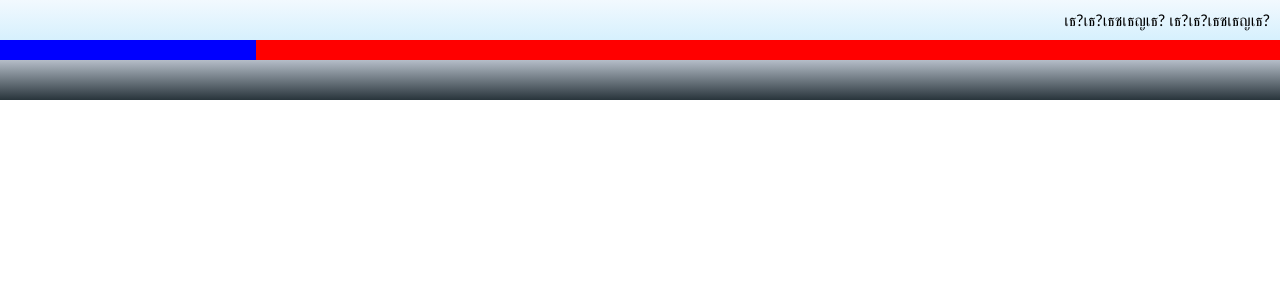
Repository: pleanoma/TooDoo
Page: http://localhost/TooDoo/Home.jsp
An editor plug-in stored every save of this project. The page is shown before and after the next save, followed by the edit.
The browser window is 1280 px wide. The pictures show the whole page.
The page is served by Tomcat 9. Other server files are loaded and not shown.

Above is the page before, as saved 2013-11-27 08:16:36.

### TooDoo/WebContent/Home.jsp
<%@ page contentType="text/html; charset=TIS620" pageEncoding="TIS620" %>

<!DOCTYPE html PUBLIC "-//W3C//DTD HTML 4.01 Transitional//EN" "http://www.w3.org/TR/html4/loose.dtd">
<html>
<head>
<meta http-equiv="Content-Type" content="text/html; charset=tis-620">
<title>Insert title here</title>
<link rel="stylesheet" href="./css/style.css" type="text/css">
</head>
<body>
	<div id="header">
		<div class="userdetail">
			<label for="UserDetail">ทดสอบ ทดสอบ</label>
		</div>
	</div>
	<div class="clr">
	</div>
	<div id="content">
		<div class="article">
			<div class="box-txt">

			</div>
		</div>
		<div class="sidebar">
			<div class="box-txt">

			</div>
		</div>
	</div>
	<div class="clr">
	</div>
	<div id="footer">
		<div class="box-txt">

		</div>
	</div>
</body>
</html>

### TooDoo/WebContent/css/style.css
html, body {
	margin: 0 auto;
	width: 100%;
	font-family: "Trebuchet MS", Helvetica, sans-serif;
	font-weight: 400;
}
#main {
	margin: 0 auto;
	padding: 0;
}
#header {
	width: 100%;
	height: 40px;
	min-height: 40px;
	background: green;
	background: #f2f9fe; /* Old browsers */
	background: -moz-linear-gradient(top, #f2f9fe 0%, #d6f0fd 100%); /* FF3.6+ */
	background: -webkit-gradient(linear, left top, left bottom, color-stop(0%,#f2f9fe), color-stop(100%,#d6f0fd)); /* Chrome,Safari4+ */
	background: -webkit-linear-gradient(top, #f2f9fe 0%,#d6f0fd 100%); /* Chrome10+,Safari5.1+ */
	background: -o-linear-gradient(top, #f2f9fe 0%,#d6f0fd 100%); /* Opera 11.10+ */
	background: -ms-linear-gradient(top, #f2f9fe 0%,#d6f0fd 100%); /* IE10+ */
	background: linear-gradient(to bottom, #f2f9fe 0%,#d6f0fd 100%); /* W3C */
	filter: progid:DXImageTransform.Microsoft.gradient( startColorstr='#f2f9fe', endColorstr='#d6f0fd',GradientType=0 ); /* IE6-9 */
}

#header .userdetail {
	float: right;
	padding: 10px;
}
#content .article {
	float: right;
	width: 80%;
	height: 100%;
	background: red;
}
#content .sidebar {
	float: left;
	width: 20%;
	height: 100%;
	background: blue;
}
#footer {
	display: block;
	width: 100%;
	height: 40px;
	min-height: 40px;
	background: yellow;
	background: #b5bdc8; /* Old browsers */
background: -moz-linear-gradient(top, #b5bdc8 0%, #828c95 36%, #28343b 100%); /* FF3.6+ */
background: -webkit-gradient(linear, left top, left bottom, color-stop(0%,#b5bdc8), color-stop(36%,#828c95), color-stop(100%,#28343b)); /* Chrome,Safari4+ */
background: -webkit-linear-gradient(top, #b5bdc8 0%,#828c95 36%,#28343b 100%); /* Chrome10+,Safari5.1+ */
background: -o-linear-gradient(top, #b5bdc8 0%,#828c95 36%,#28343b 100%); /* Opera 11.10+ */
background: -ms-linear-gradient(top, #b5bdc8 0%,#828c95 36%,#28343b 100%); /* IE10+ */
background: linear-gradient(to bottom, #b5bdc8 0%,#828c95 36%,#28343b 100%); /* W3C */
filter: progid:DXImageTransform.Microsoft.gradient( startColorstr='#b5bdc8', endColorstr='#28343b',GradientType=0 ); /* IE6-9 */
}
.box-txt {
	padding: 10px;
}
.clr {
	clear: both;
}

After the next save:
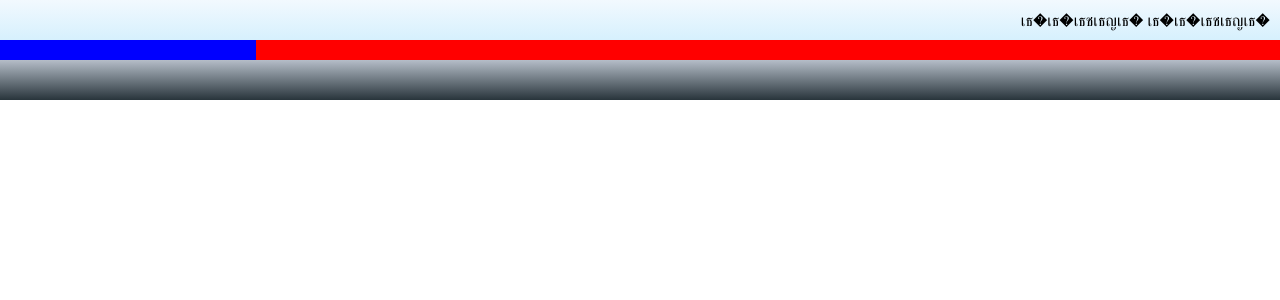
Saved 48 s later.
--- a/TooDoo/WebContent/Home.jsp
+++ b/TooDoo/WebContent/Home.jsp
@@ -1,4 +1,4 @@
-<%@ page contentType="text/html; charset=TIS620" pageEncoding="TIS620" %>
+<%@ page contentType="text/html; charset=utf-8" pageEncoding="TIS620" %>
 
 <!DOCTYPE html PUBLIC "-//W3C//DTD HTML 4.01 Transitional//EN" "http://www.w3.org/TR/html4/loose.dtd">
 <html>
